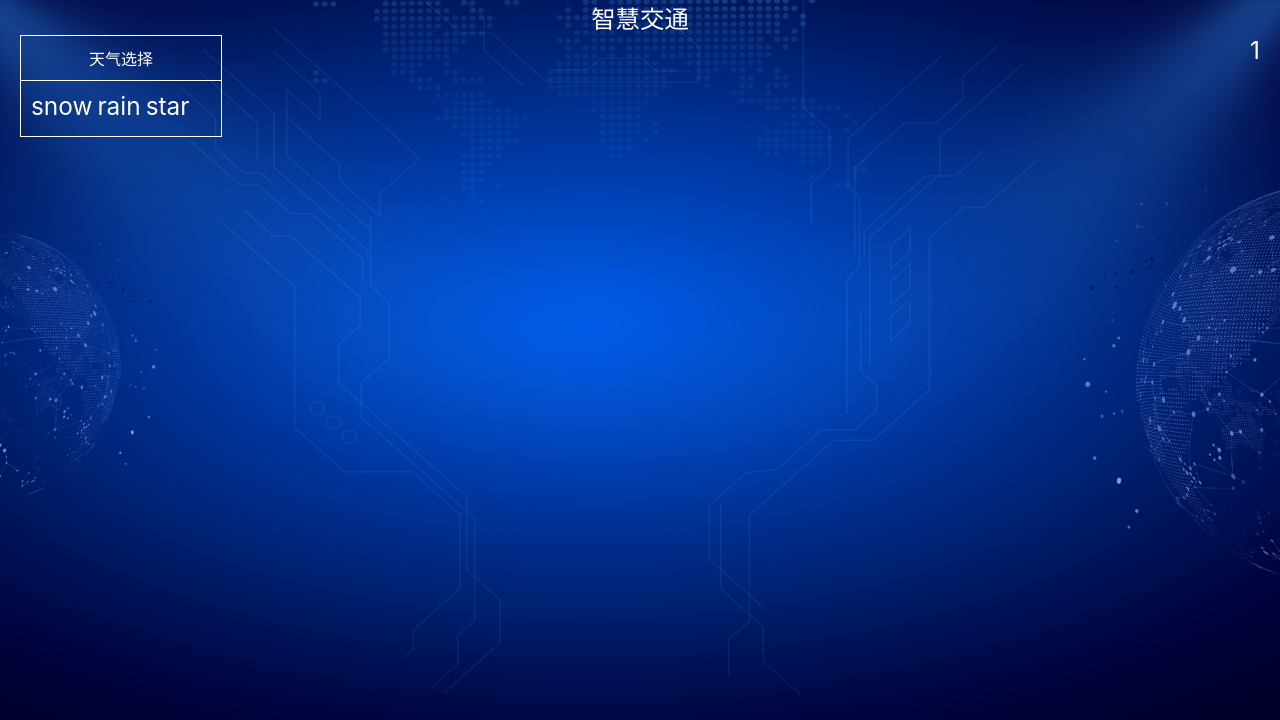
Repository: lizzie7d/smart-traffic
Page: /
The author's editor kept a copy of each file at every save. The page is drawn from the files as they stood at one save, then again after the next save.
The browser window is 1280 px wide. The pictures show the whole page.
The project was rebuilt for these pictures with package versions that can differ from the ones it lists, and the page was loaded fresh each time.

Above is the page before, as saved 2023-04-11 17:55:59.

After the next save:
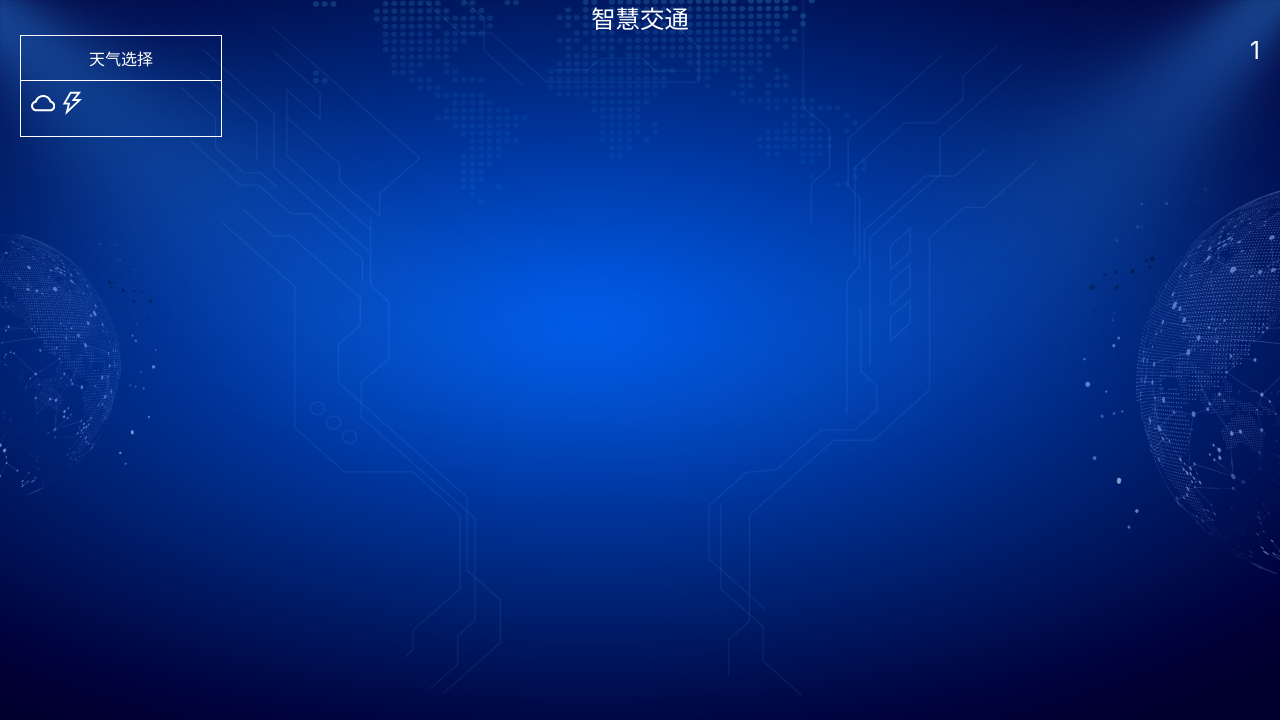
Saved 2 min 10 s later.
--- a/src/component/DetailSection/detail.jsx
+++ b/src/component/DetailSection/detail.jsx
@@ -5,11 +5,9 @@ const DetailSection = () => {
         <div className="detail-section">
             <div className='detail-title'>天气选择</div>
             <div className="weather-icon">
-                {/* <CloudOutlined />
-                <ThunderboltOutlined /> */}
-                <div>snow</div>
-                <div>rain</div>
-                <div>star</div>
+                <CloudOutlined />
+                <ThunderboltOutlined />
+
             </div>
 
         </div>
